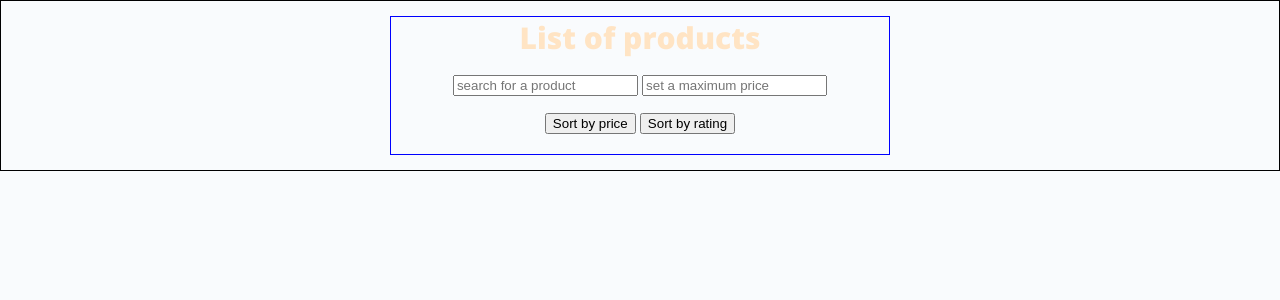
Repository: andrii1/hyf-homework
Page: javascript/javascript2/week2/hyf-bay/index.html
An editor plug-in stored every save of this project. The page is shown before and after the next save, followed by the edit.
The browser window is 1280 px wide. The pictures show the whole page.

Above is the page before, as saved 2022-07-06 12:27:55.

### javascript/javascript2/week2/hyf-bay/index.html
<head>
  <title>HyfBay - list of products</title>
  <meta name="viewport" content="width=device-width, initial-scale=1" />
  <link rel="stylesheet" type="text/css" href="main.css" />
  <link
    href="https://fonts.googleapis.com/css?family=Open+Sans:400,800"
    rel="stylesheet"
  />
</head>

<body>
  <main>
    <section class="box-products">
      <h1>List of products</h1>
      <form action="#" class="form">
        <input type="text" id="search" placeholder="search for a product" />
        <input
          type="text"
          id="maximumPrice"
          placeholder="set a maximum price"
        />
      </form>
      <button id="price-sort">Sort by price</button>
      <button id="rating-sort">Sort by rating</button>
      <ul id="list"></ul>
    </section>
  </main>
  <script src="hyfBayHelpers.js"></script>
  <script src="main.js"></script>
</body>

### javascript/javascript2/week2/hyf-bay/main.css
body {
    font-family: "Open Sans", sans-serif;
    background-color: #F9FBFD;
}

* {
    box-sizing: border-box;
}

body, h1, h2 {
    margin: 0;
}

h1 {
  font-size: 30px;
  color: bisque;
}

h2 {
  font-size: 24px;
}

ul {
    list-style-type: none;
    margin: 0;
    padding: 10;
}

main {
  display: flex;
  align-items: center;
  justify-content: center;
  padding:15;
  align-items: center;
  border: 1px solid black;
}

.box-products {
  width: 500px;
  border: 1px solid blue;
  text-align: center
}

form {
  margin: 15 0;
}

### javascript/javascript2/week2/hyf-bay/hyfBayHelpers.js
/* DONT MODIFY ANY OF THIS CODE!!!*/

window.getAvailableProducts = function () {
  function getRandomInt(min, max) {
    min = Math.ceil(min);
    max = Math.floor(max);
    return Math.floor(Math.random() * (max - min + 1)) + min;
  }

  function getRandomItem(availableProductNames) {
    return availableProductNames[
      getRandomInt(0, availableProductNames.length - 1)
    ];
  }

  function getRandomProductname() {
    const preWords = [
      "Used",
      "Fantastic",
      '"Used"',
      "Broken",
      "Beautiful",
      "Wet",
      "Green",
      "Sloppy",
      "Dirty",
    ];
    const productNames = [
      "Carrot",
      "Drone",
      "Giftcard",
      "Puppy",
      "Car",
      "Shirt",
      "Milk",
      "Chalk",
      "Fish fingers",
      "Socks",
      "Chocolate",
      "Toothbrush",
      "Computer",
      "Nokia",
      "Cologne",
    ];

    let chosenProductName = getRandomItem(productNames);
    const shouldHavePreWord = getRandomInt(0, 10) > 6;

    if (shouldHavePreWord) {
      const preWord = preWords[getRandomInt(0, preWords.length - 1)];
      chosenProductName = `${preWord} ${chosenProductName}`;
    }

    return chosenProductName;
  }

  const numberOfAvailableProducts = getRandomInt(0, 30);
  const availableProducts = Array.apply(
    null,
    Array(numberOfAvailableProducts)
  ).map(() => {
    const name = getRandomProductname();
    return {
      id: `${name}${getRandomInt(0, 100000)}`,
      name,
      price: getRandomInt(0, 10000),
      rating: getRandomInt(1, 10),
    };
  });

  return availableProducts;
};

### javascript/javascript2/week2/hyf-bay/main.js
console.log("Script loaded");
const products = getAvailableProducts();
console.log(products);
let clickCount = 0;
let clickCountRating = 0;
const searchInput = document.getElementById("search");
const maximumPriceInput = document.getElementById("maximumPrice");
const buttonSortPrice = document.getElementById("price-sort");
const buttonSortRating = document.getElementById("rating-sort");
searchInput.addEventListener("input", filterProducts);
maximumPriceInput.addEventListener("input", filterProductsByPrice);
buttonSortPrice.addEventListener("click", sortProductsByPrice);
buttonSortRating.addEventListener("click", sortProductsByRating);
function filterProducts(event) {
  const filteredProducts = products.filter((product) =>
    product.name.toLowerCase().includes(event.target.value)
  );
  renderProducts(filteredProducts);
}

function filterProductsByPrice(event) {
  const filteredProducts = products.filter(
    (product) => product.price < event.target.value
  );
  renderProducts(filteredProducts);
}

function sortProductsByPrice() {
  if (clickCount % 2 == 0) {
    const sortedProducts = products.sort((a, b) => a.price - b.price);
    renderProducts(sortedProducts);
  } else {
    const sortedProducts = products.sort((a, b) => b.price - a.price);
    renderProducts(sortedProducts);
  }

  clickCount++;
}

function sortProductsByRating() {
  if (clickCountRating % 2 == 0) {
    const sortedProducts = products.sort((a, b) => a.rating - b.rating);
    renderProducts(sortedProducts);
  } else {
    const sortedProducts = products.sort((a, b) => b.rating - a.rating);
    renderProducts(sortedProducts);
  }

  clickCountRating++;
}

const list = document.querySelector("#list");

function renderProducts(products) {
  // your code here
  list.innerHTML = "";
  for (let i = 0; i < products.length; i++) {
    const listItem = document.createElement("li");
    const name = document.createElement("h2");
    const price = document.createElement("p");
    const rating = document.createElement("p");
    name.innerHTML = products[i].name;
    price.innerHTML = `price: ${products[i].price}`;
    rating.innerHTML = `rating: ${products[i].rating}`;
    list.appendChild(listItem);
    list.appendChild(name);
    list.appendChild(price);
    list.appendChild(rating);
  }
}

//renderProducts(products); // This should create the ul and the li's with the individual products details

After the next save:
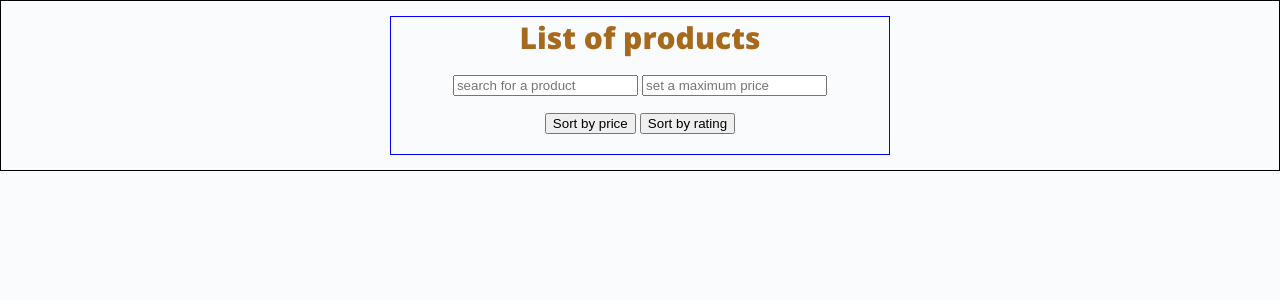
Saved 27 s later.
--- a/javascript/javascript2/week2/hyf-bay/main.css
+++ b/javascript/javascript2/week2/hyf-bay/main.css
@@ -13,7 +13,7 @@ body, h1, h2 {
 
 h1 {
   font-size: 30px;
-  color: bisque;
+  color: rgb(167, 105, 28);
 }
 
 h2 {
